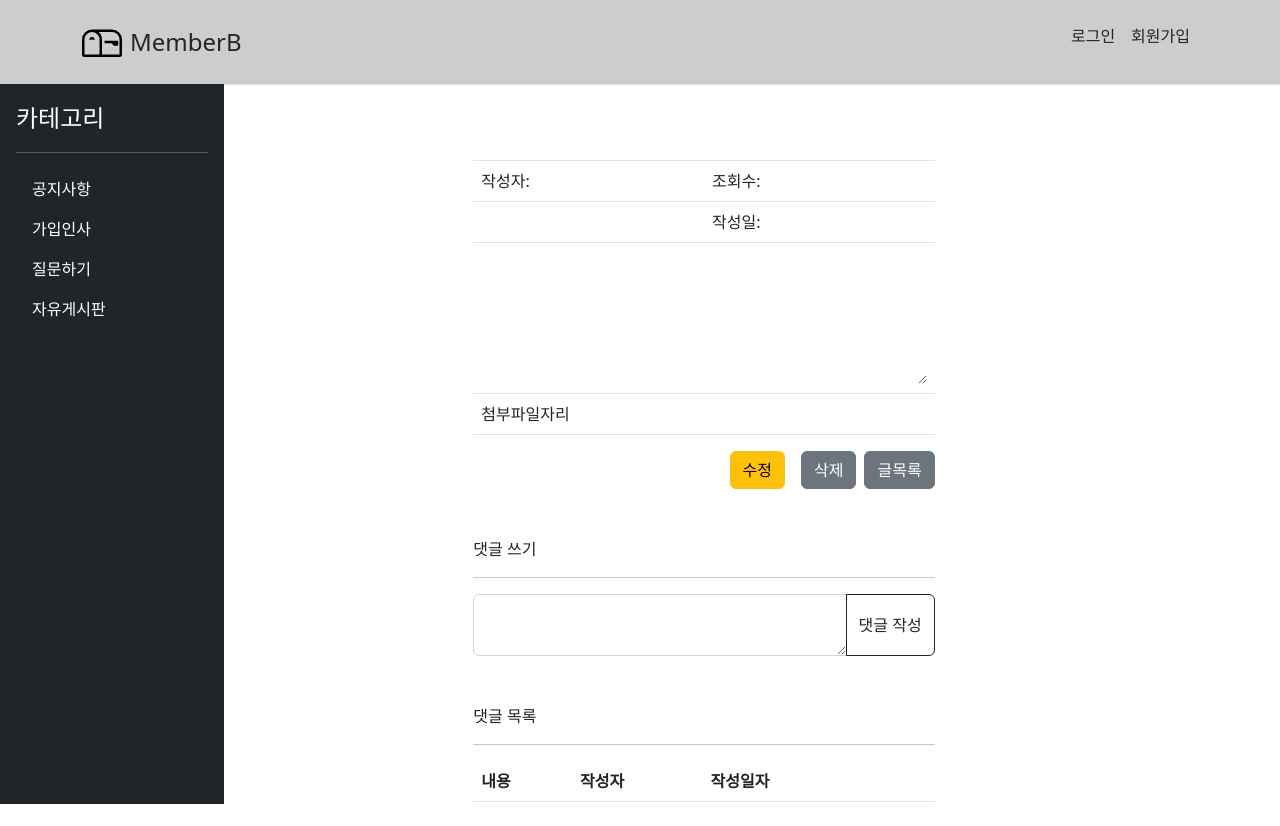
Repository: charmErin/board_220915
Page: http://localhost/board/WEB-INF/views/board/detail.jsp
The author's editor kept a copy of each file at every save. The page is drawn from the files as they stood at one save, then again after the next save.
The browser window is 1280 px wide. The pictures show the whole page.
Some web libraries are served in a nearby version. The page is served by Tomcat 9. Nobody is signed in. The template is opened directly, without the code that normally fills it, so the values that code supplies are empty.

Above is the page before, as saved 2022-09-19 01:33:31.

After the next save:
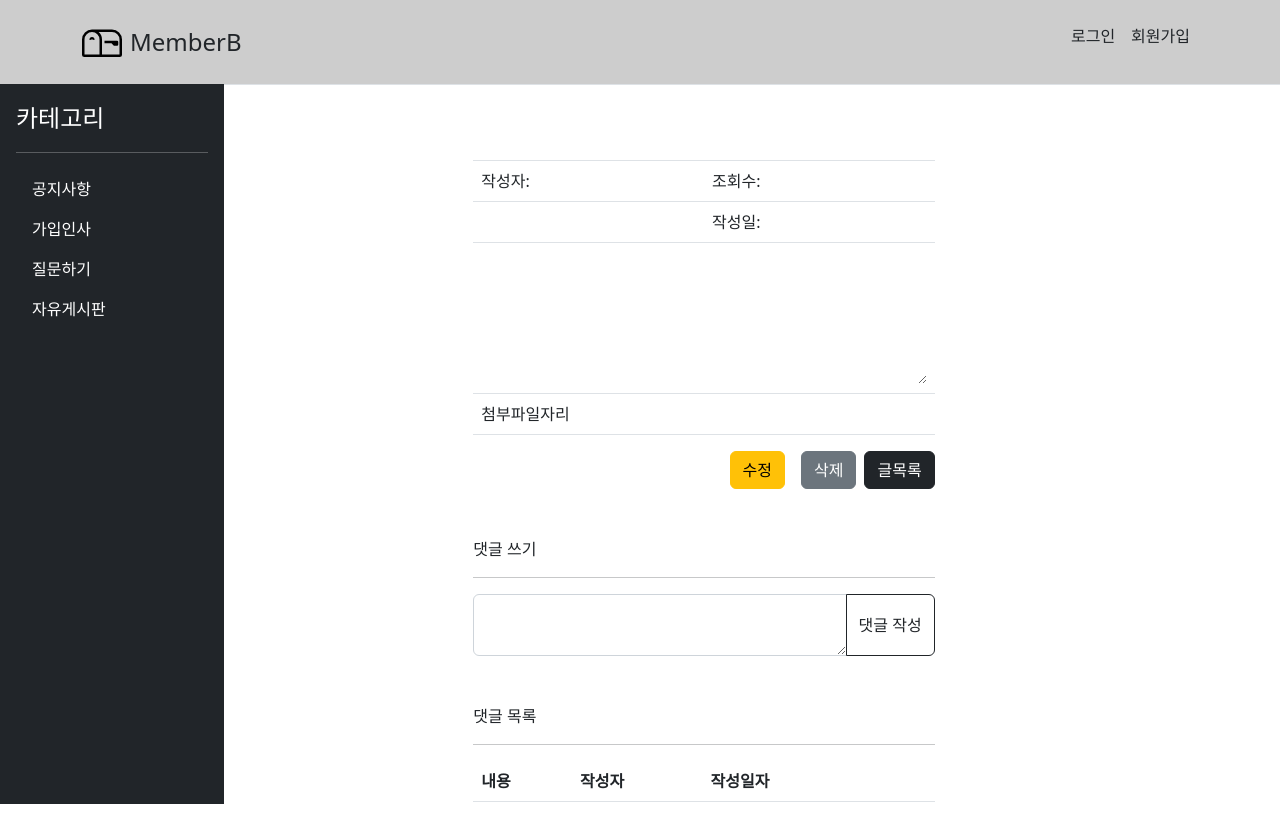
Saved 8 s later.
--- a/board/src/main/webapp/WEB-INF/views/board/detail.jsp
+++ b/board/src/main/webapp/WEB-INF/views/board/detail.jsp
@@ -50,7 +50,7 @@
 					<c:when test="${sessionScope.id eq board.memberId}">
 						<button class="btn btn-warning me-md-2" type="button">수정</button>
 						<button class="btn btn-secondary" type="button">삭제</button>
-						<button class="btn btn-secondary" type="button">글목록</button>
+						<button class="btn btn-dark" type="button">글목록</button>
 					</c:when>
 					<c:otherwise>
 						<c:if test="${sessionScope.loginId eq 'admin'}">
